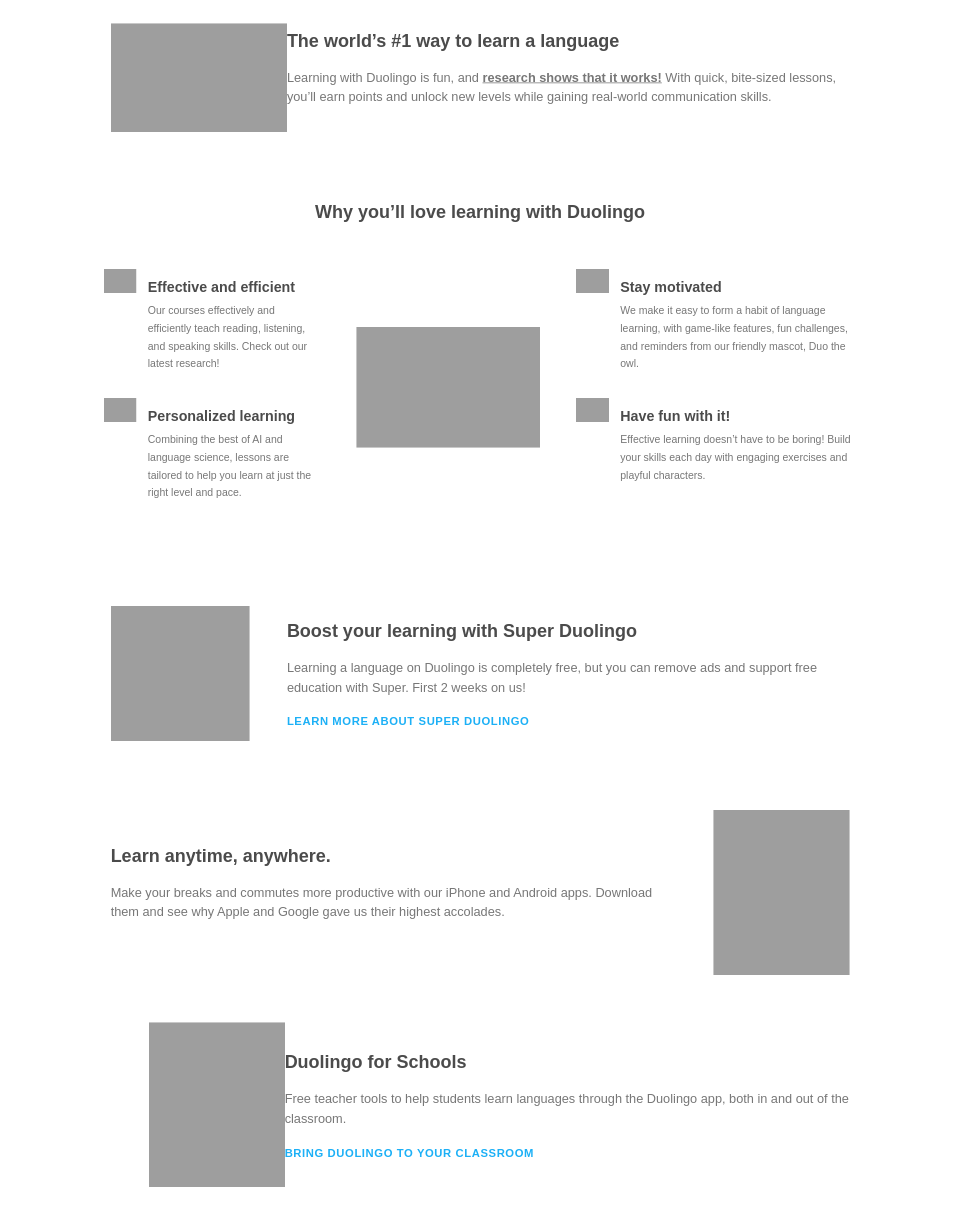
Repository: kauittt/duolingo-little
Page: login.html
The author's editor kept a copy of each file at every save. The page is drawn from the files as they stood at one save, then again after the next save.
The browser window is 1280 px wide. The pictures show the part of the page from y = 740 to 2366 px (the page is 2366 px tall), at 75% of full size.
Pictures or frames that could not be fetched are drawn as grey boxes. A picture or video elsewhere on the page could not be fetched, so the positions and the page height are approximate. Some web libraries are served in a nearby version.

Above is the page before, as saved 2023-03-26 20:32:07.

### login.html
<!DOCTYPE html>
<html lang="en">
    <head>
        <meta charset="UTF-8" />
        <meta http-equiv="X-UA-Compatible" content="IE=edge" />
        <meta name="viewport" content="width=device-width, initial-scale=1.0" />
        <title>Duolingo Little</title>

        <!--! favicon -->
        <link rel="icon" type="image/x-icon" href="./assets/img/logo.png" />

        <!--! Font Awesome  -->
        <link rel="preconnect" href="https://cdnjs.cloudflare.com" />
        <link
            rel="stylesheet"
            href="https://cdnjs.cloudflare.com/ajax/libs/font-awesome/6.3.0/css/all.min.css"
        />

        <!--! CSS -->
        <link rel="stylesheet" href="./assets/css/reset.css" />
        <link rel="stylesheet" href="./assets/fonts/stylesheet.css" />
        <link rel="stylesheet" href="./assets/css/stytes.css" />
    </head>
    <body>
        <div class="main">
            <header class="header">
                <div class="wrap header-wrap">
                    <a class="header__img">
                        <img
                            src="https://d35aaqx5ub95lt.cloudfront.net/images/dca3b978d07a7dfc05adb1d5526e9e21.svg"
                            alt="Duolingo"
                        />
                    </a>
                    <div class="header__language">SITE LANGUAGE: ENGLISH</div>
                </div>
            </header>

            <div class="content">
                <div class="hero">
                    <div class="hero-wrap">
                        <div class="hero__img">
                            <img
                                src="https://d35aaqx5ub95lt.cloudfront.net/images/331a32943ff73be28537dfc7469d5639.svg"
                                alt="Earth"
                            />
                        </div>
                        <div class="hero-content">
                            <h1 class="hero-content__heading">
                                The free, fun, and effective way to learn a
                                language!
                            </h1>
                            <div class="hero-content-select">
                                <div class="hero-content-select">
                                    <div class="btn btn--primary">
                                        GET STARTED
                                    </div>
                                    <div class="btn">
                                        I ALREADY HAVE AN ACCOUNT
                                    </div>
                                </div>
                            </div>
                        </div>
                    </div>
                </div>

                <section class="section top">
                    <div class="wrap top-wrap">
                        <div class="section__img">
                            <img
                                src="https://d35aaqx5ub95lt.cloudfront.net/images/776364e6419216ffd84ddf8d8815711b.svg"
                                alt="Duolingo"
                            />
                        </div>

                        <div class="section-content">
                            <h2 class="section-content__heading">
                                The world’s #1 way to learn a language
                            </h2>
                            <div class="section-content__desc">
                                Learning with Duolingo is fun, and
                                <b>research shows that it works!</b> With quick,
                                bite-sized lessons, you’ll earn points and
                                unlock new levels while gaining real-world
                                communication skills.
                            </div>
                            <div class="section-content__link"></div>
                        </div>
                    </div>
                </section>

                <section class="section feature">
                    <div class="wrap feature-wrap">
                        <h3 class="section-content__heading">
                            Why you’ll love learning with Duolingo
                        </h3>
                        <div class="section-content">
                            <div class="section-content-group">
                                <div class="section-content-group-item">
                                    <img
                                        src="https://d35aaqx5ub95lt.cloudfront.net/images/1994201dce8a55a0017d59b58a035fc3.svg"
                                        alt=""
                                    />
                                    <div>
                                        <div
                                            class="section-content-group-item__heading"
                                        >
                                            Effective and efficient
                                        </div>
                                        <div
                                            class="section-content-group-item__desc"
                                        >
                                            Our courses effectively and
                                            efficiently teach reading,
                                            listening, and speaking skills.
                                            Check out our latest research!
                                        </div>
                                    </div>
                                </div>

                                <div class="section-content-group-item">
                                    <img
                                        src="https://d35aaqx5ub95lt.cloudfront.net/images/8f1e99a540ab7afcf5915e8852024e4c.svg"
                                        alt=""
                                    />
                                    <div>
                                        <div
                                            class="section-content-group-item__heading"
                                        >
                                            Personalized learning
                                        </div>
                                        <div
                                            class="section-content-group-item__desc"
                                        >
                                            Combining the best of AI and
                                            language science, lessons are
                                            tailored to help you learn at just
                                            the right level and pace.
                                        </div>
                                    </div>
                                </div>
                            </div>

                            <div class="section-content-group">
                                <div class="section-content-group__img">
                                    <img
                                        src="https://d35aaqx5ub95lt.cloudfront.net/images/3816ddfd0658efd7bb713fd823053b82.svg"
                                        alt="Duolingo"
                                    />
                                </div>
                            </div>

                            <div class="section-content-group">
                                <div class="section-content-group-item">
                                    <img
                                        src="https://d35aaqx5ub95lt.cloudfront.net/images/splash/ebdcc22deaf0f85388fcb09e7ecfbe78.svg"
                                        alt=""
                                    />
                                    <div>
                                        <div
                                            class="section-content-group-item__heading"
                                        >
                                            Stay motivated
                                        </div>
                                        <div
                                            class="section-content-group-item__desc"
                                        >
                                            We make it easy to form a habit of
                                            language learning, with game-like
                                            features, fun challenges, and
                                            reminders from our friendly mascot,
                                            Duo the owl.
                                        </div>
                                    </div>
                                </div>

                                <div class="section-content-group-item">
                                    <img
                                        src="https://d35aaqx5ub95lt.cloudfront.net/images/splash/a4d5fab3d1926c240cb2ae696b07d156.svg"
                                        alt=""
                                    />
                                    <div>
                                        <div
                                            class="section-content-group-item__heading"
                                        >
                                            Have fun with it!
                                        </div>
                                        <div
                                            class="section-content-group-item__desc"
                                        >
                                            Effective learning doesn’t have to
                                            be boring! Build your skills each
                                            day with engaging exercises and
                                            playful characters.
                                        </div>
                                    </div>
                                </div>
                            </div>
                        </div>
                    </div>
                </section>

                <section class="section super">
                    <div class="wrap super-wrap">
                        <div class="section__img">
                            <img
                                src="https://d35aaqx5ub95lt.cloudfront.net/images/super/8183c77cba99daf1e900fb5f9b0cc671.svg"
                                alt="Duolingo"
                            />
                        </div>

                        <div class="section-content">
                            <h2 class="section-content__heading">
                                Boost your learning with Super Duolingo
                            </h2>
                            <div class="section-content__desc">
                                Learning a language on Duolingo is completely
                                free, but you can remove ads and support free
                                education with Super. First 2 weeks on us!
                            </div>
                            <div class="section-content__link">
                                LEARN MORE ABOUT SUPER DUOLINGO
                            </div>
                        </div>
                    </div>
                </section>

                <section class="section download">
                    <div class="wrap download-wrap">
                        <div class="section__img">
                            <img
                                src="https://d35aaqx5ub95lt.cloudfront.net/images/791b23bc8994589efad21ce964d99161.svg"
                                alt="Duolingo"
                            />
                        </div>

                        <div class="section-content">
                            <h2 class="section-content__heading">
                                Learn anytime, anywhere.
                            </h2>
                            <div class="section-content__desc">
                                Make your breaks and commutes more productive
                                with our iPhone and Android apps. Download them
                                and see why Apple and Google gave us their
                                highest accolades.
                            </div>
                            <div class="section-content__link"></div>
                        </div>
                    </div>
                </section>

                <section class="section teaching">
                    <div class="wrap teaching-wrap">
                        <div class="section__img">
                            <img
                                src="https://d35aaqx5ub95lt.cloudfront.net/images/af5bf404fb8ea1ff96fdc9247a1e36e0.svg"
                                alt="Duolingo"
                            />
                        </div>

                        <div class="section-content">
                            <h2 class="section-content__heading">
                                Duolingo for Schools
                            </h2>
                            <div class="section-content__desc">
                                Free teacher tools to help students learn
                                languages through the Duolingo app, both in and
                                out of the classroom.
                            </div>
                            <div class="section-content__link">
                                BRING DUOLINGO TO YOUR CLASSROOM
                            </div>
                        </div>
                    </div>
                </section>
            </div>
        </div>
    </body>
</html>

### assets/fonts/stylesheet.css
@font-face {
    font-family: "DINRoundPro";
    src: url("din round/DINRoundPro-Bold.woff2") format("woff2"),
        url("din round/DINRoundPro-Bold.woff") format("woff");
    font-weight: bold;
    font-style: normal;
    font-display: swap;
}

@font-face {
    font-family: "DINRoundPro";
    src: url("din round/DINRoundPro-Black.woff2") format("woff2"),
        url("din round/DINRoundPro-Black.woff") format("woff");
    font-weight: 900;
    font-style: normal;
    font-display: swap;
}

@font-face {
    font-family: "DINRoundPro";
    src: url("din round/DINRoundPro.woff2") format("woff2"),
        url("din round/DINRoundPro.woff") format("woff");
    font-weight: normal;
    font-style: normal;
    font-display: swap;
}

@font-face {
    font-family: "DINRoundPro";
    src: url("din round/DINRoundPro-Light.woff2") format("woff2"),
        url("din round/DINRoundPro-Light.woff") format("woff");
    font-weight: 300;
    font-style: normal;
    font-display: swap;
}

@font-face {
    font-family: "DINRoundPro-Medi";
    src: url("din round/DINRoundPro-Medi.woff2") format("woff2"),
        url("din round/DINRoundPro-Medi.woff") format("woff");
    font-weight: 500;
    font-style: normal;
    font-display: swap;
}

### assets/css/stytes.css
* {
    box-sizing: border-box;
}

html {
    font-size: 62.5%;
    font-family: din-round, sans-serif;
    scroll-behavior: smooth;
}

:root {
    --text-color: #777777;
    --heading-color: #4b4b4b;
    --main-color: #58cc02;
    --bgr-color: rgba(35, 83, 144);
    --link-color: rgb(28, 176, 246);
    --bgr-star: url(https://d35aaqx5ub95lt.cloudfront.net/images/4986531ca822d48e57b4a18f40ff5172.svg);
}

body {
    font-size: 17px;
    font-weight: 500;
    color: var(--text-color);
}

.wrap {
    width: 1065px;
    max-width: calc(100% - 48px);
    margin: 0 auto;
    padding: 40px;
}

.btn {
    padding: 15.5px 36px;
    font-size: 14px;
    font-weight: 700;
    letter-spacing: 0.8px;
    text-align: center;
    text-transform: uppercase;
    color: white;
    background-color: var(--bgr-color);
    box-shadow: 0 4px 0 rgb(4, 44, 96);
    border: 2px solid rgb(4, 44, 96);
    border-radius: 12px;
    cursor: pointer;
    transition: all 0.2s ease;
}

.btn:hover {
    filter: brightness(1.1);
}

.btn--primary {
    background-color: var(--main-color);
    box-shadow: 0 4px 0 rgb(88, 167, 0);
    border: 2px solid rgb(88, 167, 0);
}

/*! HEADER */
.header {
    position: fixed;
    inset: 0;
    height: 70px;
    width: 100%;
    background: var(--bgr-color);
    /* display: none; */
}

.header.stick {
    box-shadow: rgba(0, 0, 0, 0.24) 0px 3px 8px;
}

.header-wrap {
    display: flex;
    justify-content: space-between;
    align-items: center;
    padding: 0 40px;
    height: 100%;
    background: var(--bgr-color);
}

.header__img {
    height: 40px;
}

.header__img img {
    height: 36px;
}

.header__language {
    margin-right: 22px;
    font-size: 14px;
    font-weight: 700;
    letter-spacing: 0.8px;
    line-height: 1.15;
    text-transform: uppercase;
    color: white;
}

/*!! CONTENT */
.content {
    height: 200vh;
}

/*! hero */
.hero {
    display: flex;
    justify-content: center;
    align-items: center;
    height: 100vh;
    background-color: var(--bgr-color);
    background-image: var(--bgr-star);
}

.hero-wrap {
    display: flex;
    justify-content: center;
    align-items: center;
    width: 1269px;
    margin: 12px auto;
    padding: 40px;
}

.hero__img {
}

.hero__img img {
}

.hero-content {
    display: flex;
    justify-content: center;
    align-items: center;
    flex-direction: column;
    margin: auto 48px;
}

.hero-content__heading {
    margin-bottom: 50px;
    font-size: 32px;
    font-weight: 700;
    line-height: 40px;
    text-align: center;
    color: white;
}

.hero-content-select {
}

.hero-content-select > :first-child {
    margin-bottom: 15px;
}

/*! section  */

.section {
    display: flex;
    justify-content: center;
    align-items: center;
    margin-top: 12px;
}
.section__img {
}

.section__img img {
    height: 100%;
    width: 100%;
}

.section-content {
}

.section-content > :first-child .section-content-group-item > :last-child {
    height: 148px;
    width: 230px;
}

.section-content > :last-child .section-content-group-item > :last-child {
    height: 148px;
    width: 315px;
}

.section-content__heading {
    font-size: 24px;
    font-weight: 700;
    color: var(--heading-color);
}

.section-content__desc {
    margin: 25px 0;
    font-size: 17px;
    font-weight: 500;
    line-height: 1.5;
    color: var(--text-color);
}

.section-content__desc b {
    /* color: var(--heading-color); */
    font-weight: 700;
    text-decoration: underline;
}

.section-content__link {
    font-size: 15px;
    font-weight: 700;
    letter-spacing: 0.8px;
    text-transform: uppercase;
    color: var(--link-color);
}

/*? top */
.top {
    height: 225px;
}
.top-wrap {
    display: flex;
    justify-content: space-between;
    align-items: center;
}

.top .section__img img {
    height: 145px;
    min-width: 185px;
    margin-right: 50px;
}

/*? feature */
.feature .wrap {
    display: flex;
    justify-content: center;
    align-items: center;
    flex-direction: column;
}
.feature .section-content__heading {
    line-height: 26px;
    font-size: 24px;
    font-weight: 700;
    color: var(--heading-color);
}

.feature .section-content {
    display: grid;
    grid-template-columns: 1fr 1fr 1fr;
    /* grid-column-gap: 48px; */
    margin-top: 78px;
}

.feature .section-content-group {
    display: flex;
    justify-content: center;
    align-items: center;
    flex-direction: column;
}

.feature .section-content-group-item {
    display: flex;
    align-items: flex-start;
    margin-bottom: 24px;
    min-height: 148px;
}

.feature .section-content-group-item > img {
    width: 44px;
    margin-right: 15px;
    margin-top: -15px;
}

.feature .section-content-group-item__heading {
    position: relative;
    font-size: 19px;
    font-weight: 700;
    color: var(--heading-color);
}

.feature .section-content-group-item__desc {
    margin-top: 10px;
    font-size: 14px;
    line-height: 1.7;
    color: var(--text-color);
}

.feature .section-content-group__img {
}

.feature .section-content-group__img img {
    width: 245px;
    height: 161px;
    margin: 0 48px;
    margin-top: -55px;
}

/*? super */
.super {
    height: 260px;
}
.super-wrap {
    display: flex;
    justify-content: space-between;
    align-items: center;
}

.super .section__img img {
    height: 180px;
    width: 185px;
    margin-right: 50px;
}
/*? download  */
.download {
    height: 300px;
}
.download-wrap {
    display: flex;
    justify-content: space-between;
    align-items: center;
    flex-direction: row-reverse;
}

.download .section__img img {
    height: 220px;
    width: 182px;
    margin-left: 50px;
}

/*? teaching */
.teaching {
    height: 242px;
}
.teaching-wrap {
    display: flex;
    justify-content: space-between;
    align-items: center;
}

.teaching .section__img img {
    height: 220px;
    width: 182px;
    margin-left: 50px;
}

Loaded but not shown: assets/css/reset.css (common file)

After the next save:
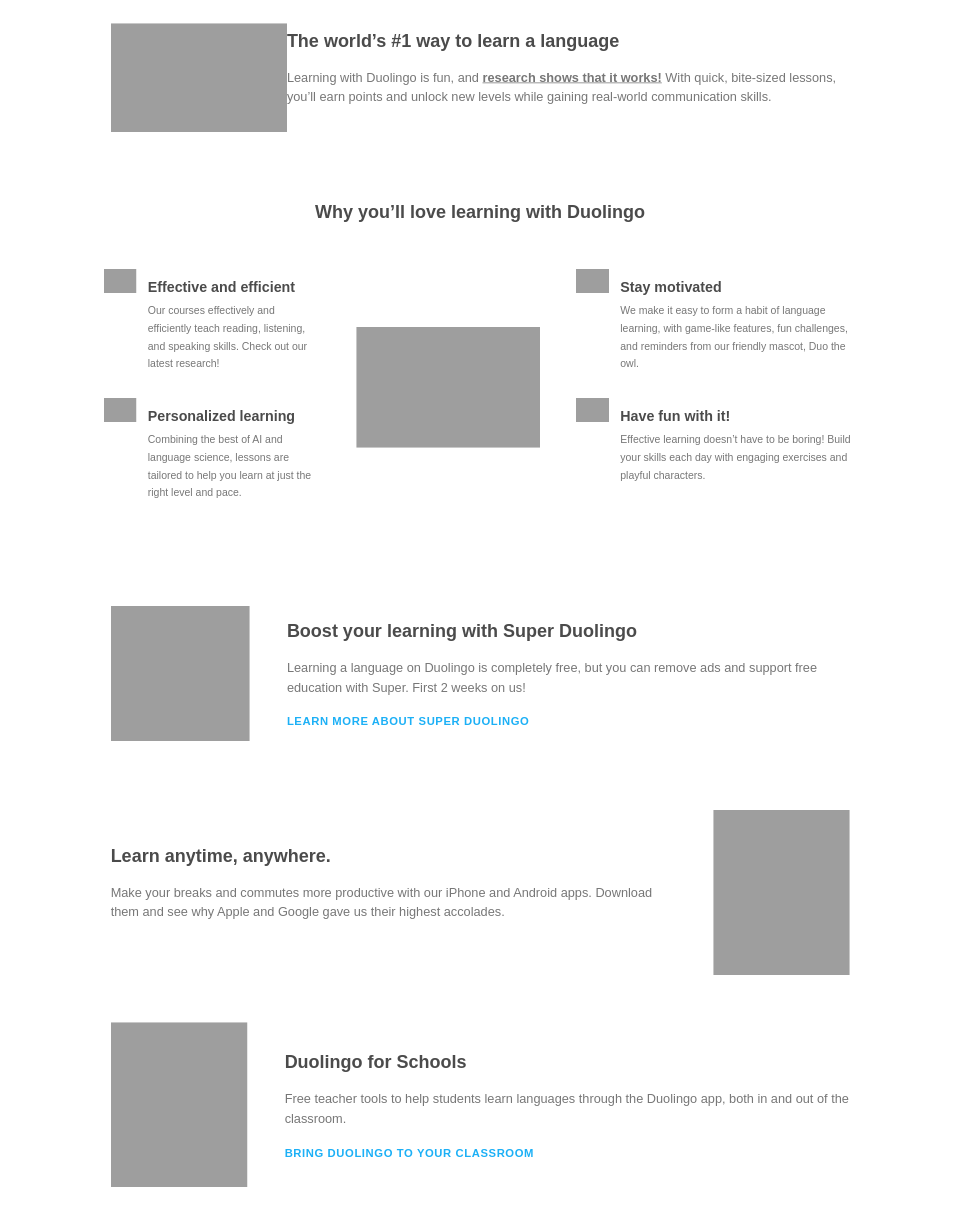
Saved 5 s later.
--- a/assets/css/stytes.css
+++ b/assets/css/stytes.css
@@ -334,5 +334,5 @@
 .teaching .section__img img {
     height: 220px;
     width: 182px;
-    margin-left: 50px;
-}
+    margin-right: 50px;
+}
